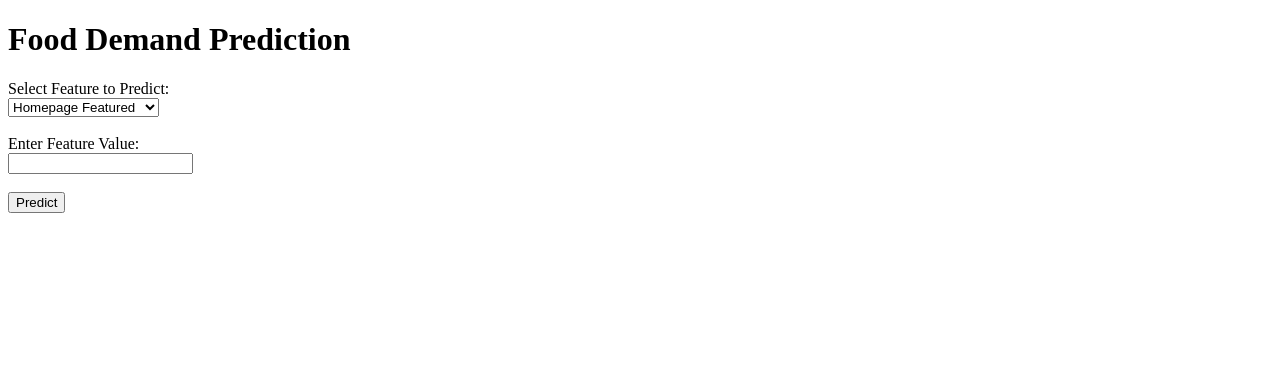
Repository: VishakhaSainani/food_demand_prediction
Page: templates/index.html
An editor plug-in stored every save of this project. The page is shown before and after the next save, followed by the edit.
The browser window is 1280 px wide. The pictures show the whole page.
The template is drawn by Flask 3. The application's start-up code is not run. The template is opened directly, without the code that normally fills it, so the values that code supplies are empty.

Above is the page before, as saved 2024-04-25 02:41:55.

After the next save:
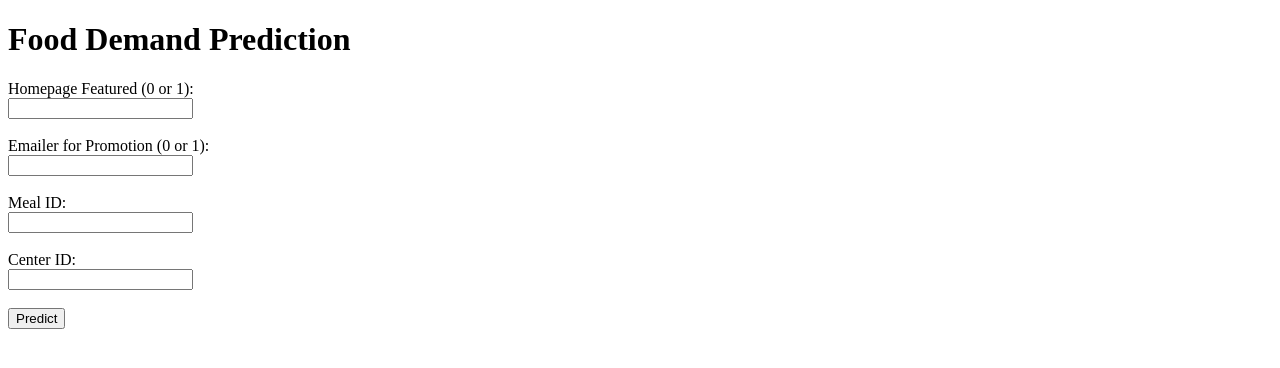
Saved 16 s later.
--- a/templates/index.html
+++ b/templates/index.html
@@ -8,20 +8,23 @@
   <body>
     <h1>Food Demand Prediction</h1>
     <form id="prediction-form">
-      <label for="feature-selector">Select Feature to Predict:</label><br />
-      <select id="feature-selector" name="feature">
-        <option value="homepage_featured">Homepage Featured</option>
-        <option value="emailer_for_promotion">Emailer for Promotion</option>
-        <option value="meal_id">Meal ID</option>
-        <option value="center_id">Center ID</option></select
-      ><br /><br />
-      <label for="feature-value">Enter Feature Value:</label><br />
+      <label for="homepage_featured">Homepage Featured (0 or 1):</label><br />
       <input
         type="number"
-        id="feature-value"
-        name="value"
-        required
+        id="homepage_featured"
+        name="homepage_featured"
       /><br /><br />
+      <label for="emailer_for_promotion">Emailer for Promotion (0 or 1):</label
+      ><br />
+      <input
+        type="number"
+        id="emailer_for_promotion"
+        name="emailer_for_promotion"
+      /><br /><br />
+      <label for="meal_id">Meal ID:</label><br />
+      <input type="number" id="meal_id" name="meal_id" /><br /><br />
+      <label for="center_id">Center ID:</label><br />
+      <input type="number" id="center_id" name="center_id" /><br /><br />
       <button type="submit">Predict</button>
     </form>
     <div id="prediction-result"></div>
@@ -32,10 +35,11 @@
         .addEventListener("submit", function (event) {
           event.preventDefault();
           const form = event.target;
-          const feature = form.feature.value;
-          const value = form.value.value;
           const data = {
-            [feature]: value,
+            homepage_featured: form.homepage_featured.value || null,
+            emailer_for_promotion: form.emailer_for_promotion.value || null,
+            meal_id: form.meal_id.value || null,
+            center_id: form.center_id.value || null,
           };
           fetch("/predict", {
             method: "POST",
